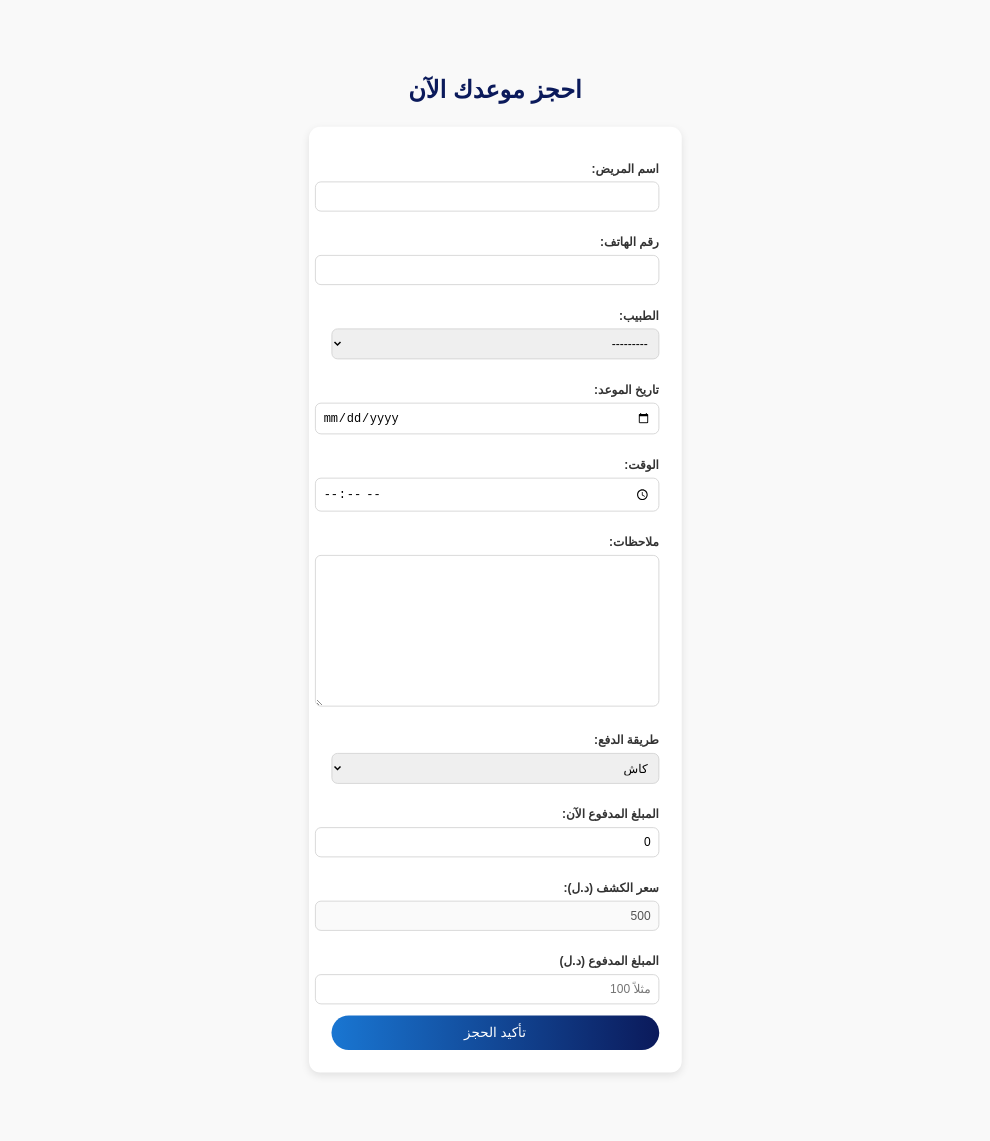
Repository: mysite4/s
Page: http://localhost/booking/
These files come from the project's save history. The page is drawn as it stood at one moment and after the next save; the edit follows.
The browser window is 1280 px wide. The page is 1320 px wide, so the pictures cover 1320 px, including what lies to the right of the window. The pictures show the whole page, at 75% of full size.
Some web fonts or font styles are not loaded; a fallback is used. The page is served by the project's application, run on Django 5.2 (manage.py). Queries for data that is not in the repository find no rows.

Above is the page before, as saved 2025-11-26 23:24:29.

After the next save:
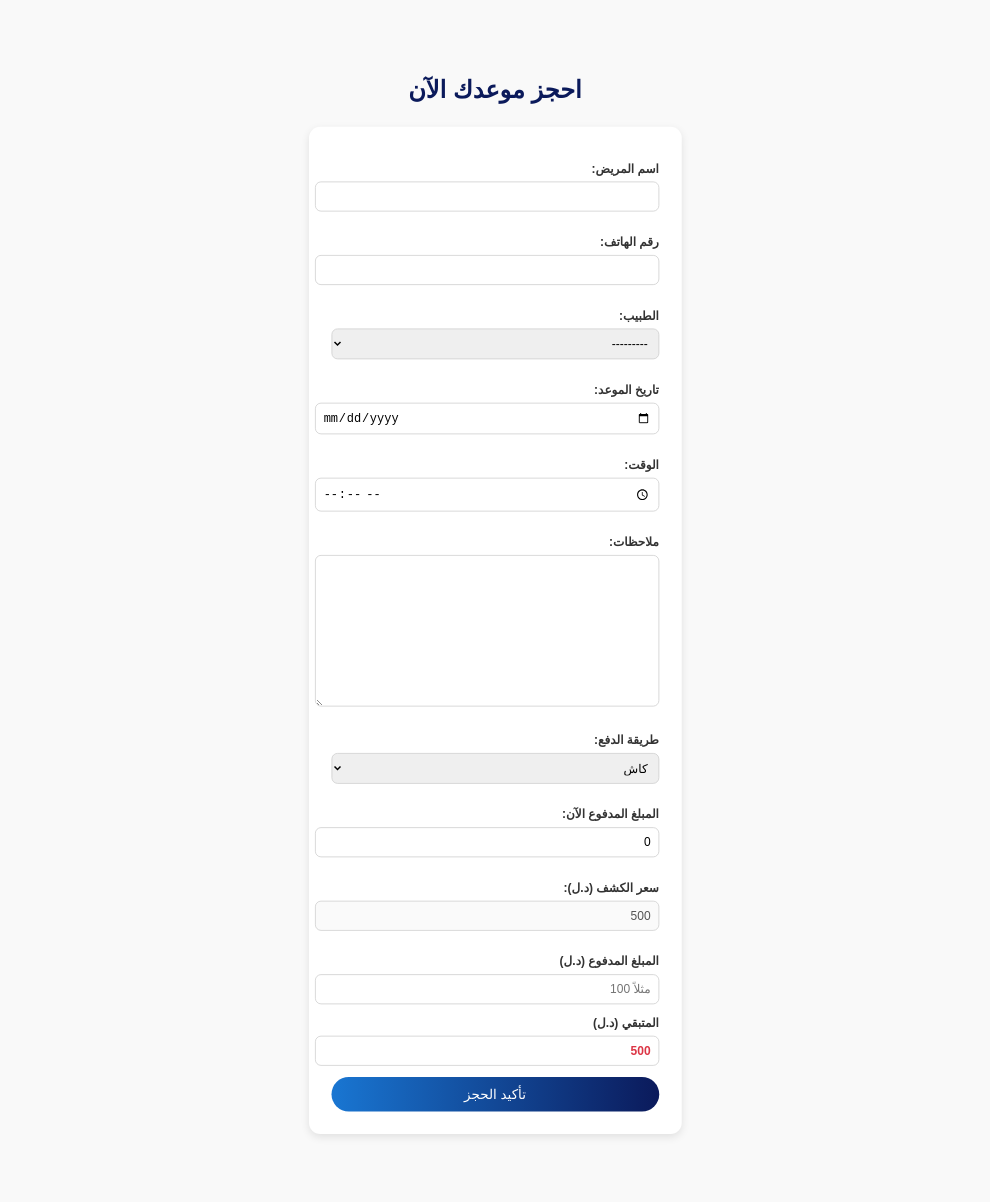
Saved 2 min 48 s later.
--- a/main/templates/booking.html
+++ b/main/templates/booking.html
@@ -55,6 +55,11 @@
     button:hover {
       background: linear-gradient(to right, #0b1a5b, #1976d2);
     }
+    #remaining_amount {
+      font-weight: bold;
+      margin-bottom: 15px;
+      color: #dc3545;
+    }
   </style>
 </head>
 <body>
@@ -69,8 +74,25 @@
     <label for="paid_amount">المبلغ المدفوع (د.ل)</label>
     <input type="number" step="0.01" name="paid_amount" id="paid_amount" placeholder="مثلاً 100" required>
 
+    <!-- حقل المتبقي -->
+    <label>المتبقي (د.ل)</label>
+    <input type="text" id="remaining_amount" value="500" readonly>
+
     <button type="submit">تأكيد الحجز</button>
   </form>
 
+  <script>
+    const paidInput = document.getElementById('paid_amount');
+    const remainingInput = document.getElementById('remaining_amount');
+    const totalPrice = 500;  // سعر الكشف ثابت
+
+    paidInput.addEventListener('input', function() {
+      const paid = parseFloat(paidInput.value) || 0;
+      let remaining = totalPrice - paid;
+      if (remaining < 0) remaining = 0;
+      remainingInput.value = remaining.toFixed(2);
+    });
+  </script>
+
 </body>
 </html>
